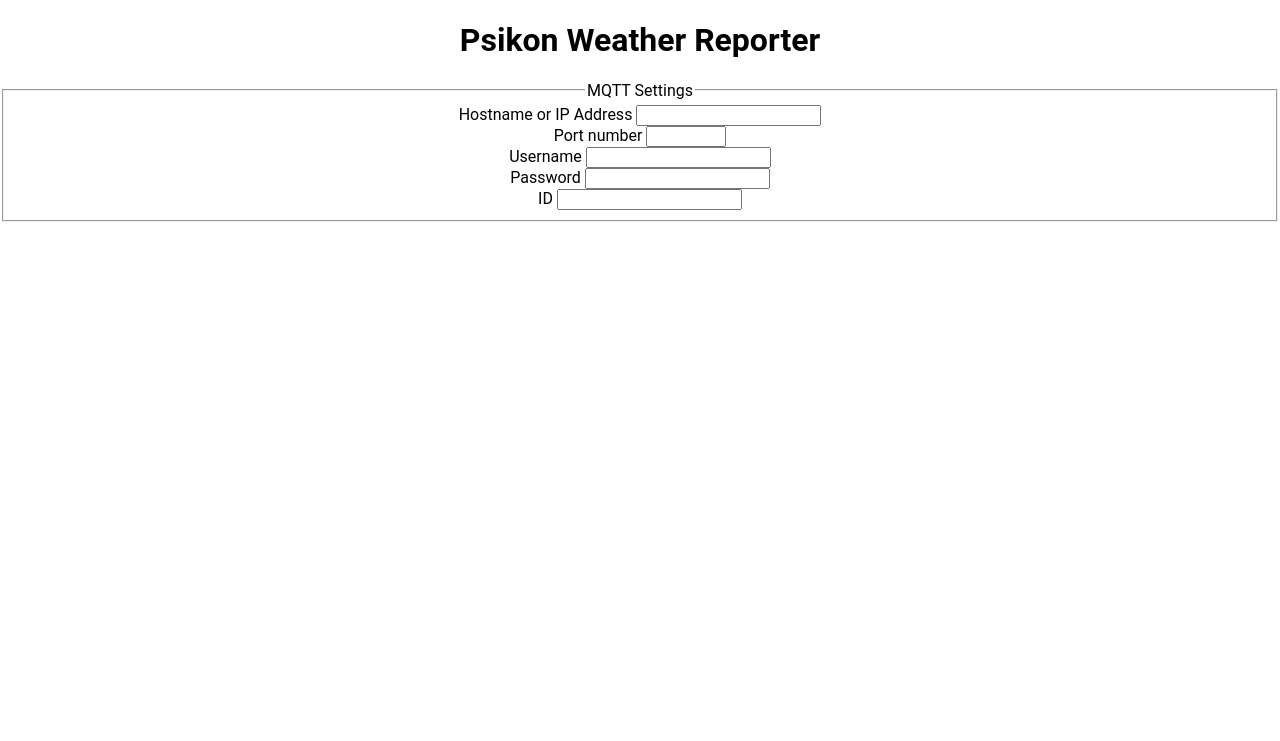
Repository: alex-dow/psikon-weather-station
Page: data/index.html
These files come from the project's save history. The page is drawn as it stood at one moment and after the next save; the edit follows.
The browser window is 1280 px wide. The pictures show the whole page.

Above is the page before, as saved 2021-12-09 22:27:17.

After the next save:
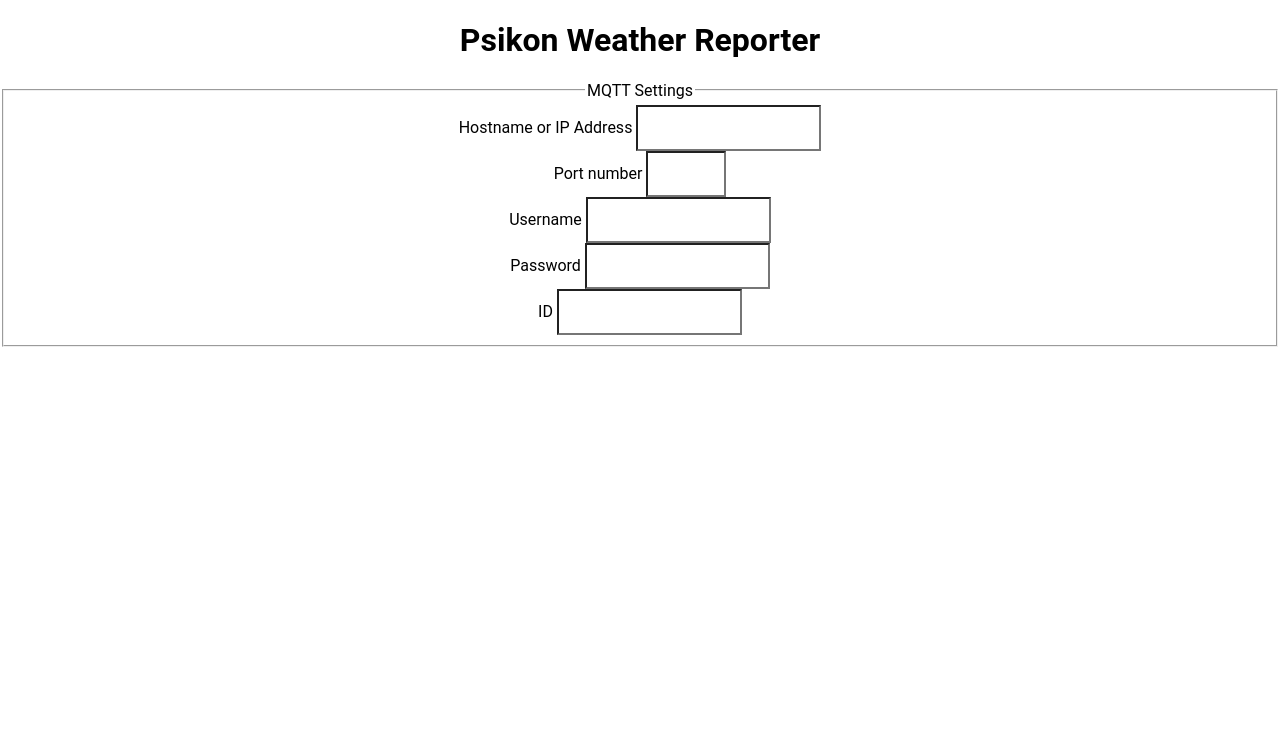
Saved 7 s later.
--- a/data/index.html
+++ b/data/index.html
@@ -14,7 +14,7 @@
       font-family: 'Roboto', sans-serif;
     }
 
-    .form-control
+    input
     {
       border-radius: 0px;
       height: 40px;
